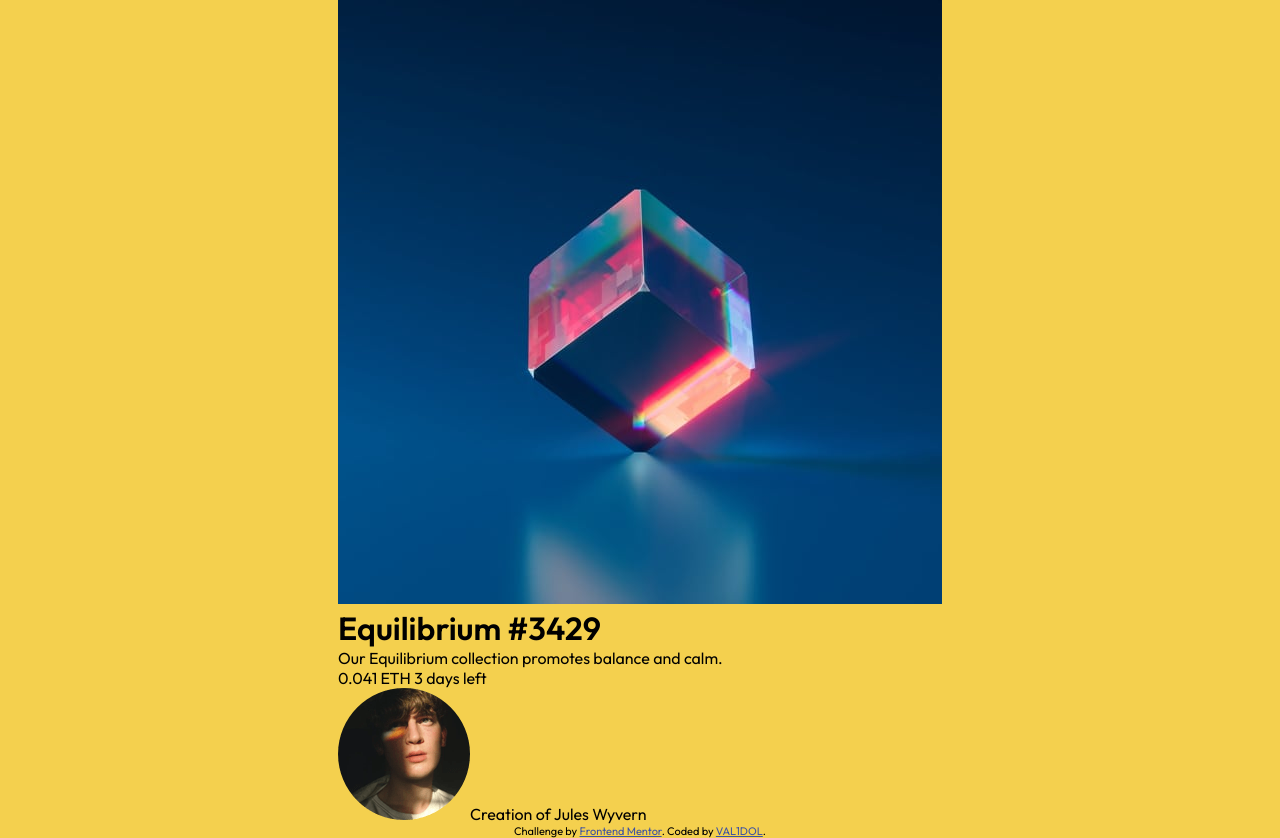
Repository: VAL1DOL-web/fm-NFT-preview-card-component
Page: index.html
These files come from the project's save history. The page is drawn as it stood at one moment and after the next save; the edit follows.
The browser window is 1280 px wide. The pictures show the whole page.

Above is the page before, as saved 2024-01-07 15:03:12.

After the next save:
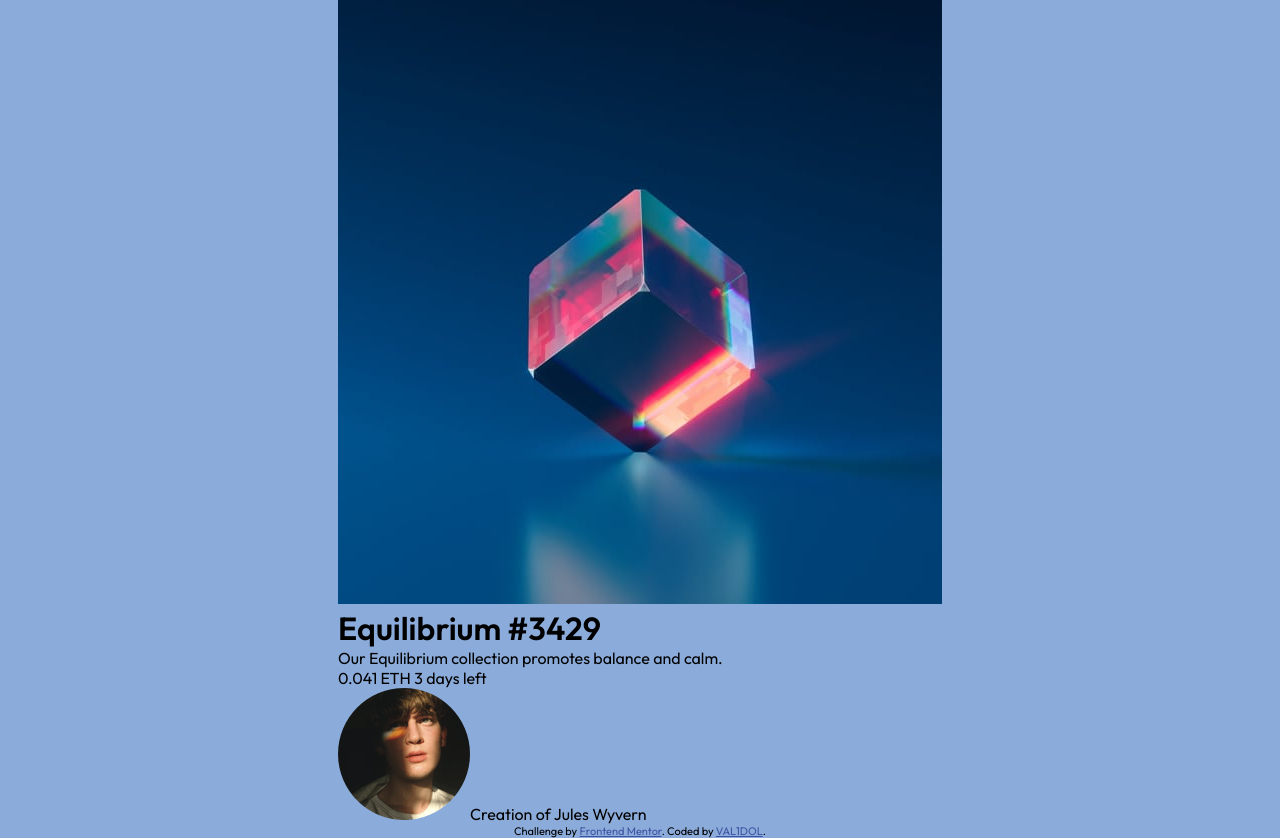
Saved 23 s later.
--- a/style.css
+++ b/style.css
@@ -14,7 +14,7 @@
     flex-direction: column;
     justify-content: center;
     align-items: center;
-    background: hsl(47, 88%, 63%);
+    background: hsl(215, 51%, 70%);
   }
   .container {
 
